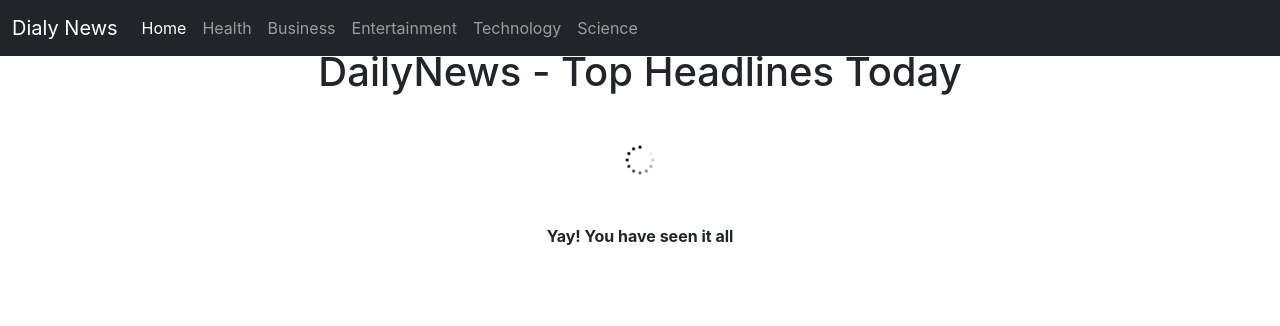
Repository: dikshant-chauhan04/news-app
Page: /
These files come from the project's save history. The page is drawn as it stood at one moment and after the next save; the edit follows.
The browser window is 1280 px wide. The pictures show the whole page.
The page's requests for data from a server got no answer. The project was rebuilt for these pictures with package versions that can differ from the ones it lists, and the page was loaded fresh each time. No one was signed in, and anything a server would have sent is missing. Also part of the build but not shown: src/components/NewsItem.js.

Above is the page before, as saved 2022-04-22 19:10:43.

### src/components/Navbar.js
import React from "react";
import { Link } from "react-router-dom";

function Navbar() {
  return (
      <div>
     <nav className="navbar navbar-expand-lg navbar-dark bg-dark fixed-top zindex-fixed">
  <div className="container-fluid">
    <Link className="navbar-brand" to="/">Dialy News</Link>

    <div className="collapse navbar-collapse" id="navbarNavDropdown">
      <ul className="navbar-nav">
        <li className="nav-item">
          <Link className="nav-link active" aria-current="page" to="/">Home</Link>
        </li>
        <li className="nav-item">
          <Link className="nav-link" to="/health">Health</Link>
        </li>
        <li className="nav-item">
          <Link className="nav-link" to="/business">Business</Link>
        </li>
        <li className="nav-item">
          <Link className="nav-link" to="/entertainment">Entertainment</Link>
        </li>
        <li className="nav-item">
          <Link className="nav-link" to="/technology">Technology</Link>
        </li>
        <li className="nav-item">
          <Link className="nav-link" to="/science">Science</Link>
        </li>
      </ul>

    </div>

    <button className="navbar-toggler" type="button" data-bs-toggle="collapse" data-bs-target="#navbarNavDropdown" aria-controls="navbarNavDropdown" aria-expanded="false" aria-label="Toggle navigation">
      <span className="navbar-toggler-icon"></span>
    </button>
  </div>
</nav>
      </div>
    )
  }

  export default Navbar

### src/components/News.js
import React, { useState, useEffect } from 'react'
import Loading from './Loading';
import InfiniteScroll from 'react-infinite-scroll-component'
import NewsItem from './NewsItem';

const News = (props)=> {

  const [articles, setArticles] = useState([])
  const [loading, setLoading] = useState(true)
  const [page, setPage] = useState(1)
  const [totalResults, settotalResults] = useState(0)

  const capitalizeFirstLetter = (string) => {
    return string.charAt(0).toUpperCase() + string.slice(1);
}


  const updateNews = async ()=>{
      const url = `https://newsapi.org/v2/top-headlines?country=${props.country}&category=${props.category}&apiKey=${props.apiKey}&page=${page}&pageSize=${props.pageSize}`;
      setLoading(true);
      let response = await fetch(url);
      let data = await response.json();
      setArticles(data.articles);
      settotalResults(data.totalResults);
      setLoading(false);
    }

    useEffect(() => {
      document.title = `DailyNews - ${capitalizeFirstLetter(props.category === 'general'? 'home': props.category)}`;
      updateNews();
      // eslint-disable-next-line
  }, [])



    const fetchMoreData = async () => {
      const url = `https://newsapi.org/v2/top-headlines?country=${props.country}&category=${props.category}&apiKey=${props.apiKey}&page=${page + 1}&pageSize=${props.pageSize}`;
      setPage(page + 1)
      let response = await fetch(url);
      let data = await response.json();
     setArticles(articles.concat(data.articles));
     settotalResults(data.totalResults);
    };


    return (
      <>
        <h1 className='text-center my-5'>DailyNews - Top Headlines Today</h1>
        {loading && <Loading/>}
        <InfiniteScroll
          dataLength={articles.length}
          next={fetchMoreData}
          hasMore={articles.length !== totalResults}
          loader={<Loading/>}
          endMessage={
            <p style={{ textAlign: 'center' }}>
              <b>Yay! You have seen it all</b>
            </p>
          }
        >
          <div className="container">
         <div className='row' >
         {articles.map((elem)=>{
          return <div className="col-md-4" key={elem.url}>
             <NewsItem title={elem.title} source={elem.source.name} description={elem.description} imageUrl={elem.urlToImage? elem.urlToImage : "https://picsum.photos/id/467/200/100"} newsUrl={elem.url} author={elem.author} publishTime={elem.publishedAt}/>
          </div>

         })}
         </div>
         </div>
         </InfiniteScroll>

      </>
    )
  }


export default News;

### src/components/Loading.js

import React from 'react'
import loading from './loading.gif'

function Loading() {
  return (
    <div className='text-center my-5'>
    <img src={loading} alt="loading"></img>
    </div>
  )
}

export default Loading

Loaded but not shown: public/index.html (common file); src/index.js (common file); src/index.css (common file); src/App.js (common file); src/reportWebVitals.js (common file)

After the next save:
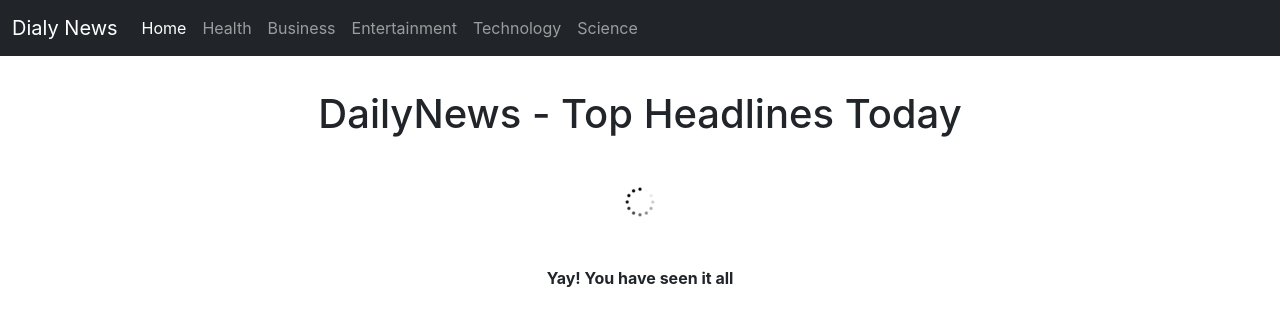
Saved 3 min 29 s later.
--- a/src/components/News.js
+++ b/src/components/News.js
@@ -45,7 +45,7 @@ const News = (props)=> {
 
     return (
       <>
-        <h1 className='text-center my-5'>DailyNews - Top Headlines Today</h1>
+        <h1 className='text-center' style={{marginTop : "90px"}}>DailyNews - Top Headlines Today</h1>
         {loading && <Loading/>}
         <InfiniteScroll
           dataLength={articles.length}
